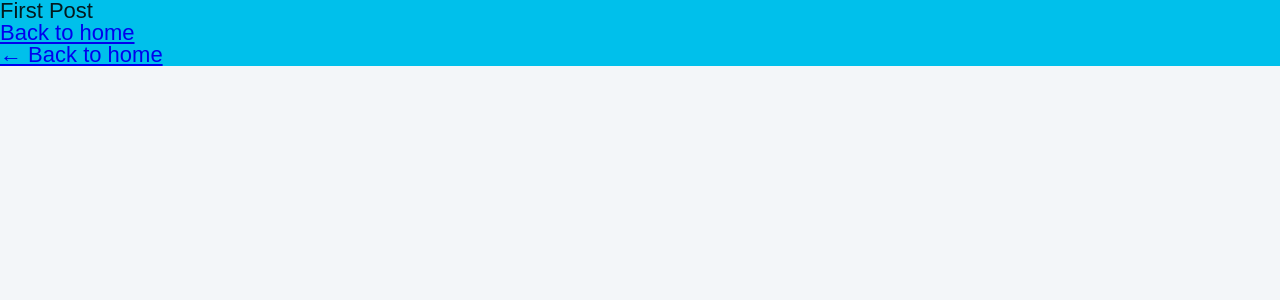
Repository: happy760690/nextjs-react
Page: /posts/first-post
An editor plug-in stored every save of this project. The page is shown before and after the next save, followed by the edit.
The browser window is 1280 px wide. The pictures show the whole page.
The project was rebuilt for these pictures with package versions that can differ from the ones it lists, and the page was loaded fresh each time. The framework's server and built-in components were replaced by stand-ins that run in the browser. Also part of the build but not shown: next.config.js.

Above is the page before, as saved 2021-07-09 16:38:12.

### pages/_app.tsx
/*
 * @Name: 文件名称
 * @Description: 该文件描述
 * @Author: Mingjuan
 * @Date: 1985-10-26 16:15:00
 * @Editors: Mingjuan
 */
import '../styles/scss/index.scss'
import { AppProps } from 'next/app'


function App({ Component, pageProps }: AppProps) {
  return <Component {...pageProps} />
}

export default App

### pages/posts/first-post.js
/*
 * @Name: 文件名称
 * @Description: 该文件描述
 * @Author: Mingjuan
 * @Date: 2021-06-29 11:22:19
 * @Editors: Mingjuan
 */
import Link from "next/link"
import Head from "next/head"
import Layout from "../../components/layout"

export default function FirstPost(){
    return (
        <Layout>
            <Head>
                <title>First Post</title>
            </Head>
            <h1>First Post</h1>
            <h2>
                <Link href="/">
                    <a>Back to home</a>
                </Link>
            </h2>
        </Layout>
    )
}

### styles/scss/index.scss
@import "./reset.scss";
// @import "./icon.scss";
@import "./base.scss";

### components/layout.tsx
/*
 * @Name: 文件名称
 * @Description: 该文件描述
 * @Author: Mingjuan
 * @Date: 2021-06-29 15:22:24
 * @Editors: Mingjuan
 */
import Head from 'next/head'
import styles from './layout.module.scss'
import Link from 'next/link'
import headerTemplate from './headerTemplate'

const name = 'Mingjuan Ma'
export const siteTitle = 'Next.js Sample Website'

export default function Layout({ children, home }: {
  children: React.ReactNode
  home?: boolean
}) {
  return (
    <div className={styles.container}>
      <Head>

        <link rel="icon" href="/favicon.ico" />

        <meta name="format-detection" content="telephone=no"></meta>
        <meta name="renderer" content="webkit"/>
        <meta name="screen-orientation" content="portrait"></meta>
        <meta name="x5-orientation" content="portrait" ></meta>

        <meta name="viewport" content="width=device-width, initial-scale=1,user-scalable=no,minimal-ui,maximum-scale=1.0,minimum-scale=1.0"></meta>
        <meta name="full-screen" content="yes"></meta>
        <meta name="apple-mobile-web-app-capable" content="yes" />
        <meta http-equiv="Cache-Control" content="no-transform"/>
        <meta http-equiv="Cache-Control" content="no-siteapp" />
        <meta name="applicable-device" content="mobile"></meta>
        <meta name="location" content="province=上海;city=上海;coord=121.480756,31.235991"></meta>
        <meta name="wap-font-scale" content="no"></meta>


        <meta http-equiv="Content-Type" content="text/html; charset=UTF-8" />
        <meta name="apple-mobile-web-app-status-bar-style" content="black" />
        <meta name="keywords" content={siteTitle}/>
        <meta
          name="description"
          content={siteTitle}
        />
        <meta
          property="og:image"
          content={`https://og-image.vercel.app/${encodeURI(
            siteTitle
          )}.png?theme=light&md=0&fontSize=75px&images=https%3A%2F%2Fassets.vercel.com%2Fimage%2Fupload%2Ffront%2Fassets%2Fdesign%2Fnextjs-black-logo.svg`}
        />
        <meta name="og:title" content={siteTitle} />
        <meta name="twitter:card" content="summary_large_image" />


        <script src="./js/flexible.js"></script>
      </Head>
      {/* 头部内容 */}
      <headerTemplate></headerTemplate>
      {/* 子内容 */}
      <main>{children}</main>
      {/* 底部内容 */}
      {!home && (
        <div className={styles.backToHome}>
          <Link href="/">
            <a>← Back to home</a>
          </Link>
        </div>
      )}
    </div>
  )
}

### styles/scss/variable.scss
// 颜色定义规范
$color-background: #f3f6f9;
$color-theme: #00c0eb;
$color-theme-text: #47b3e3;
$color-text-main: #031a1f;
$color-text-gray: #8d9799;

// 字体定义规范
$font-size-small-s: 11px;
$font-size-small: 12px;
$font-size-medium: 14px;
$font-size-medium-x: 16px;
$font-size-large: 18px;
$font-size-large-x: 22px;

### styles/scss/base.scss
/**
* 基础样式
*/

body, html {
    line-height: 1;
    font-family: 'PingFang SC', 'STHeitiSC-Light', 'Helvetica-Light', arial, sans-serif, 'Droid Sans Fallback';
    user-select: none;
    -webkit-tap-highlight-color: transparent;
    background: $color-background;
    color: $color-text-main;
  }

  .g-relative {
    position: relative;
  }

  @keyframes rotate {
    0% {
      transform: rotate(0)
    }

    100% {
      transform: rotate(360deg)
    }
  }

### components/layout.module.scss
.container {
  // max-width: 36rem;
  // padding: 0 1rem;
  // margin: 3rem auto 6rem;
  font-size: $font-size-large-x;
  background: $color-theme;
}

Loaded but not shown: styles/scss/mixin.scss (common file); styles/scss/reset.scss (common file)

After the next save:
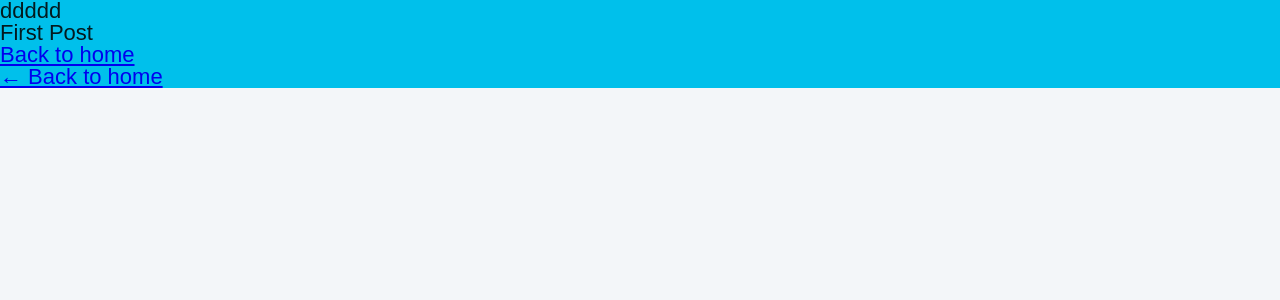
Saved 54 s later.
--- a/components/layout.tsx
+++ b/components/layout.tsx
@@ -58,7 +58,7 @@ export default function Layout({ children, home }: {
         <script src="./js/flexible.js"></script>
       </Head>
       {/* 头部内容 */}
-      <headerTemplate></headerTemplate>
+      <headerTemplate>ddddd</headerTemplate>
       {/* 子内容 */}
       <main>{children}</main>
       {/* 底部内容 */}
